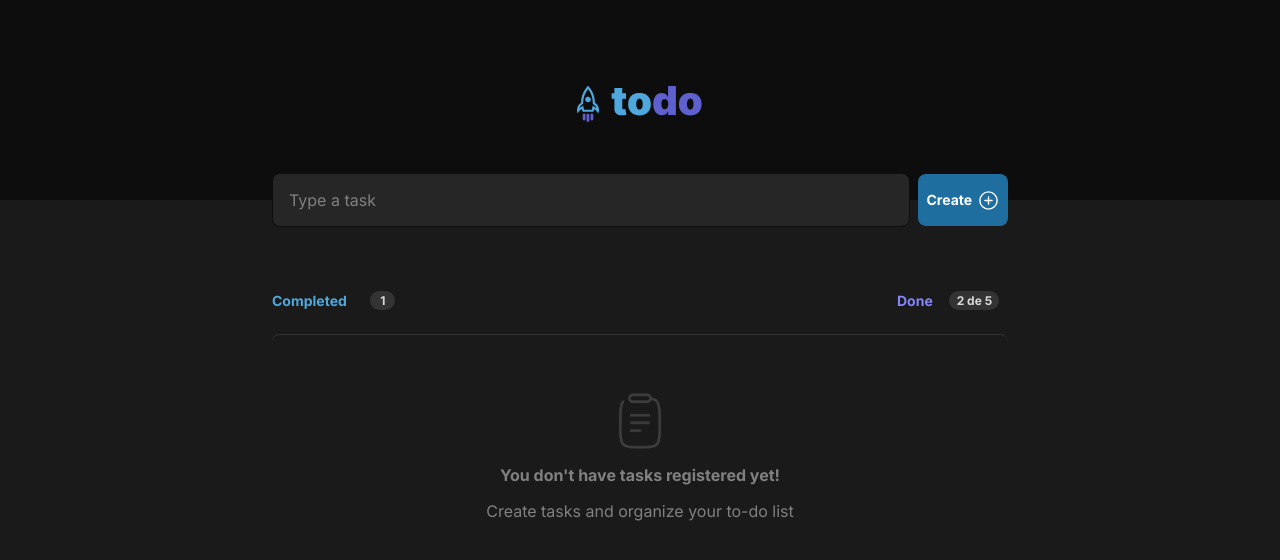
Repository: JoseGu1llardi/to-do-list-D01
Page: /
An editor plug-in stored every save of this project. The page is shown before and after the next save, followed by the edit.
The browser window is 1280 px wide. The pictures show the whole page.
The project was rebuilt for these pictures with package versions that can differ from the ones it lists, and the page was loaded fresh each time. Also part of the build but not shown: vite.config.ts.

Above is the page before, as saved 2023-03-11 20:37:10.

### index.html
<!DOCTYPE html>
<html lang="en">
  <head>
    <meta charset="UTF-8" />

    <link rel="preconnect" href="https://fonts.googleapis.com" />
    <link rel="preconnect" href="https://fonts.gstatic.com" crossorigin />

    <link
      href="https://fonts.googleapis.com/css2?family=Inter:wght@400;700&display=swap"
      rel="stylesheet"
    />

    <link rel="icon" type="image/svg+xml" href="/vite.svg" />
    <meta name="viewport" content="width=device-width, initial-scale=1.0" />
    <title>Vite + React + TS</title>
  </head>
  <body>
    <div id="root"></div>
    <script type="module" src="/src/main.tsx"></script>
  </body>
</html>

### src/App.tsx
import { Header } from "./components/Header"

import styles from './App.module.css';

import "./global.css"
import { Input } from "./components/Input";
import { Button } from "./components/Button";
import { Tasks } from "./components/Tasks";

function App() {
  return (
    <>
      <Header />

      <div className={styles.newTaskContainer}>
        <Input />
        <Button />
      </div>

      <div className={styles.tasksContainer}>
        <Tasks />
      </div>
    </>
  )
}

export default App

### src/components/Header/index.tsx
import Logo from '../../assets/Logo (1).svg'

import styles from './styles.module.css';

export function Header() {
    return (
        <header className={styles.container}>
            <img src={Logo} />
        </header>
    )
}

### src/App.module.css
.newTaskContainer {
  display: flex;
  flex-direction: row;
  align-items: center;
  padding: 0px;
  gap: 8px;

  position: absolute;
  width: 46rem;
  height: 3.375rem;
  left: calc(50% - 736px / 2);
  top: 10.8125rem;
}

.tasksContainer {
  display: flex;
  flex-direction: column;
  align-items: flex-start;
  padding: 0px;
  gap: 24px;

  position: absolute;
  width: 736px;
  height: 287px;
  left: calc(50% - 736px / 2);
  top: 291px;
}

### src/global.css
:root {
  // Base
  --gray-100: #f2f2f2;
  --gray-200: #d9d9d9;
  --gray-300: #808080;
  --gray-400: #333333;
  --gray-500: #262626;
  --gray-600: #1a1a1a;
  --gray-700: #0d0d0d;

  --danger: #e25858;

  // Product
  --purple: #8284fa;
  --dark-purple: #5e60ce;
  --blue: #4ea8de;
  --dark-blue: #1e6f9f;
}

:focus {
  outline: transparent;
  box-shadow: 0 0 0 2px var(--dark-purple);
}

* {
  margin: 0;
  padding: 0;
  box-sizing: border-box;
}

body {
  color: #fff;
  background: var(--gray-600);

  width: 100%;
  height: 100%;
  max-height: 1024px;
  position: relative;
}

body,
input,
textarea,
button {
  font-family: "Inter", sans-serif;
  font-weight: 400;
  font-size: 1rem;
}

### src/components/Input/index.tsx
import styles from './styles.module.css';

export function Input() {
    return (
        <input
            type="text"
            className={styles.input}
            placeholder='Type a task'
        />
    )
}

### src/components/Button/index.tsx
import { PlusCircle } from '@phosphor-icons/react'

import styles from './styles.module.css';

export function Button() {
    return (
        <button className={styles.button}>
            <span>Create</span>
            <PlusCircle size={23} />
        </button>
    )
}

### src/components/Tasks/index.tsx
import Clipboard from '../../assets/Clipboard.svg';

import styles from './styles.module.css';

export function Tasks() {
    return (
        <>
            <section className={styles.info}>

                <div className={styles.created}>
                    <span>Completed</span>
                    <div className={styles.counterCreated}>
                        <p>1</p>
                    </div>
                </div>

                <div className={styles.done}>
                    <span>Done</span>
                    <div className={styles.doneCreated}>
                        <span>2 de 5</span>
                    </div>
                </div>

            </section>

            <section className={styles.tasks}>
                <img src={Clipboard} alt="" />
                <strong>You don't have tasks registered yet!</strong>
                <span>Create tasks and organize your to-do list</span>
            </section>
        </>
    )
}

### src/components/Header/styles.module.css
.container {
  position: absolute;
  height: 12.5rem;
  max-width: 100%;
  left: 0;
  right: 0;
  top: 0;

  display: flex;
  align-items: center;
  justify-content: center;

  background: var(--gray-700);
}

.container img {
  position: absolute;
  width: 7.875rem;
  height: 3rem;
}

### src/components/Input/styles.module.css
.input {
  box-sizing: border-box;

  display: flex;
  flex-direction: row;
  align-items: center;
  padding: 16px;
  gap: 8px;

  width: 638px;
  height: 54px;

  background: var(--gray-500);
  color: #fff;

  border: 1px solid var(--gray-700);
  border-radius: 8px;

  flex: none;
  order: 0;
  flex-grow: 1;
}

.input::placeholder {
  color: var(--gray-300);
}

### src/components/Button/styles.module.css
.button {
  width: 90px;
  height: 52px;

  display: flex;
  flex-direction: row;
  align-items: center;
  justify-content: center;
  gap: 16px;

  border: 0;
  border-radius: 8px;

  background: var(--dark-blue);
  color: white;

  cursor: pointer;

  transition: filter 0.2s;
}

.button span {
  width: 34px;
  height: 20px;

  font-weight: 700;
  font-size: 14px;
  line-height: 140%;

  color: var(--gray-100);

  flex: none;
  order: 0;
  flex-grow: 0;
}

.button img {
  width: 16px;
  height: 16px;

  flex: none;
  order: 1;
  flex-grow: 0;
}

.button:hover {
  background: var(--blue);
  filter: brightness(0.8);
}

### src/components/Tasks/styles.module.css
.info {
  display: flex;
  flex-direction: row;
  justify-content: space-between;
  align-items: flex-end;
  padding: 0px;

  width: 736px;
  height: 19px;

  flex: none;
  order: 0;
  align-self: stretch;
  flex-grow: 0;
}

.created {
  display: flex;
  flex-direction: row;
  align-items: center;
  padding: 0px;
  gap: 8px;

  width: 139px;
  height: 19px;

  order: 0;
  flex-grow: 0;
}

.created span {
  font-family: "Inter";
  font-style: normal;
  font-weight: 700;
  font-size: 14px;
  line-height: 17px;

  color: var(--blue);

  flex: none;
  order: 0;
  flex-grow: 0;
}

.counterCreated {
  display: flex;
  flex-direction: row;
  justify-content: center;
  align-items: center;
  padding: 2px 8px;
  gap: 10px;
  margin: 0 auto;

  width: 25px;
  height: 19px;

  background: #333333;
  border-radius: 999px;

  order: 1;
  flex-grow: 0;
}

.counterCreated p {
  display: flex;
  flex-direction: row;
  font-style: normal;
  font-weight: 700;
  font-size: 12px;
  line-height: 15px;

  color: var(--gray-200);
}

.done {
  display: flex;
  box-sizing: border-box;
  flex-direction: row;
  align-items: center;
  padding: 0px;
  gap: 8px;

  width: 111px;
  height: 19px;

  order: 1;
  flex-grow: 0;
}

.done span {
  font-family: "Inter";
  font-style: normal;
  font-weight: 700;
  font-size: 14px;
  line-height: 17px;

  color: #8284fa;

  flex: none;
  order: 0;
  flex-grow: 0;
}

.doneCreated {
  display: flex;
  flex-direction: row;
  justify-content: center;
  box-sizing: border-box;
  align-items: center;
  padding: 2px 8px;
  gap: 10px;
  margin: 0 auto;

  width: 50px;
  height: 19px;

  background: #333333;
  border-radius: 999px;

  order: 1;
  flex-grow: 0;
}

.doneCreated span {
  display: flex;
  flex-direction: row;
  font-style: normal;
  font-weight: 700;
  font-size: 12px;
  line-height: 15px;

  color: var(--gray-200);
}

.tasks {
  box-sizing: border-box;

  display: flex;
  flex-direction: column;
  justify-content: center;
  align-items: center;
  padding: 64px 24px;
  gap: 16px;

  width: 736px;
  height: 244px;

  border-top: 1px solid #333333;
  border-radius: 8px;

  flex: none;
  order: 1;
  align-self: stretch;
  flex-grow: 0;
}

.tasks img {
  width: 56px;
  height: 56px;

  flex: none;
  order: 0;
  flex-grow: 0;
}

.tasks strong {
  display: block;
  font-style: normal;
  font-weight: 700;
  font-size: 16px;

  text-align: center;

  color: var(--gray-300);

  flex: none;
  align-self: stretch;
  flex-grow: 0;
}

.tasks span {
  font-style: normal;
  font-weight: 300;
  font-size: 16px;

  color: var(--gray-300);
}

Loaded but not shown: src/main.tsx (common file)

After the next save:
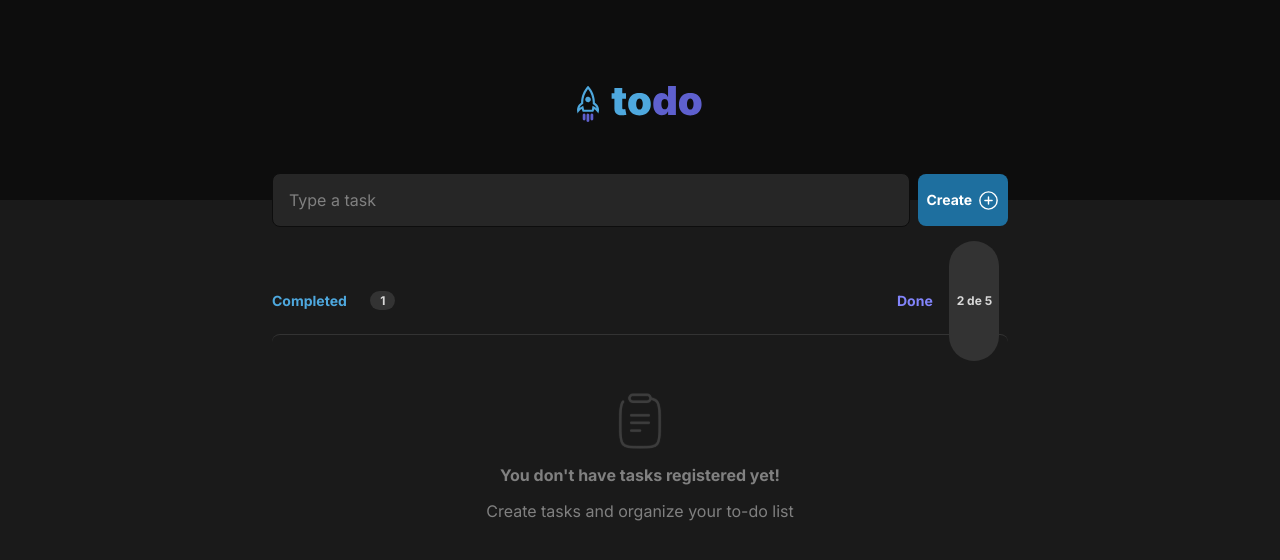
Saved 10 s later.
--- a/src/components/Tasks/styles.module.css
+++ b/src/components/Tasks/styles.module.css
@@ -112,7 +112,7 @@
   margin: 0 auto;
 
   width: 50px;
-  height: 19px;
+  height: 120px;
 
   background: #333333;
   border-radius: 999px;

After the save that followed:
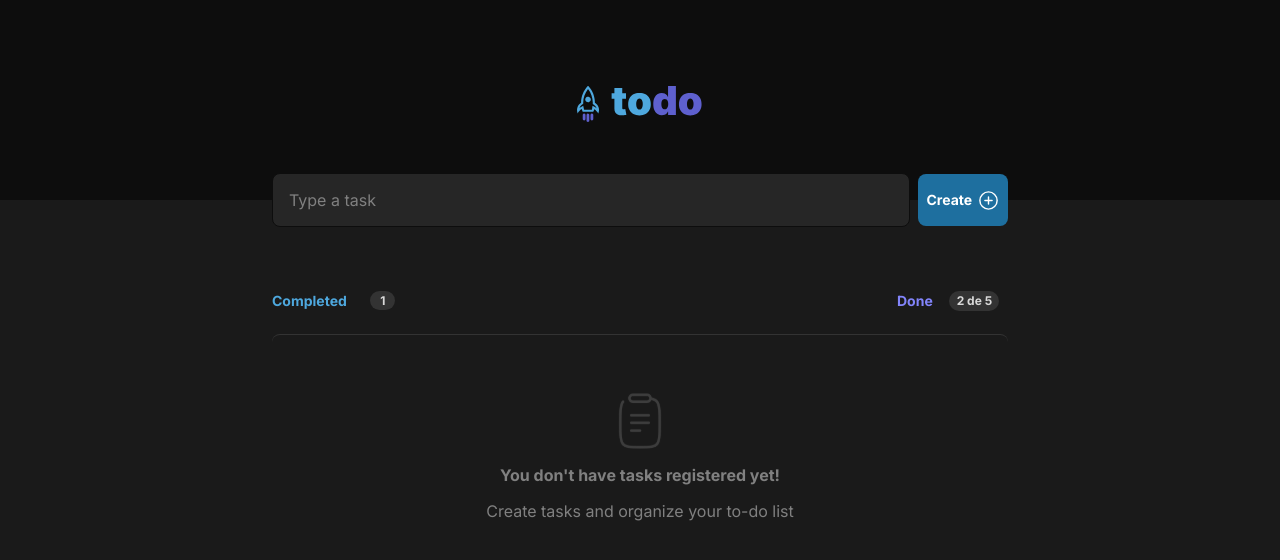
Saved 6 s later.
--- a/src/components/Tasks/styles.module.css
+++ b/src/components/Tasks/styles.module.css
@@ -112,7 +112,7 @@
   margin: 0 auto;
 
   width: 50px;
-  height: 120px;
+  height: 20px;
 
   background: #333333;
   border-radius: 999px;
